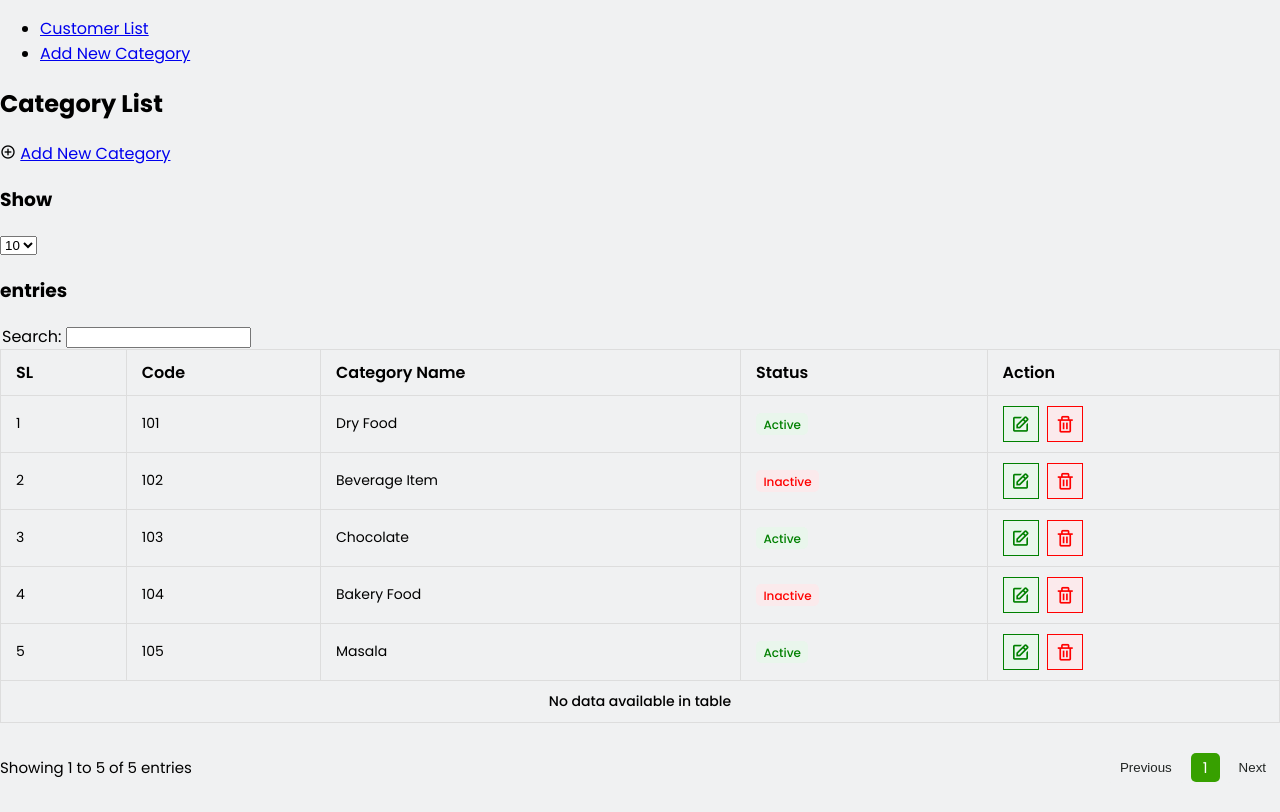
Repository: codebyaddro/customer-page
Page: customer.html
These files come from the project's save history. The page is drawn as it stood at one moment and after the next save; the edit follows.
The browser window is 1280 px wide. The pictures show the whole page.

Above is the page before, as saved 2025-02-20 13:49:50.

### customer.html
<!DOCTYPE html>
<html lang="en">
<head>
    <meta charset="UTF-8">
    <meta name="viewport" content="width=device-width, initial-scale=1.0">
    <!-- CSS -->
    <link rel="stylesheet" href="css/customer.css">
    <!-- Icons -->
    <link href='https://unpkg.com/boxicons@2.1.4/css/boxicons.min.css' rel='stylesheet'>
    <title>Customer - Page</title>
</head>
<body>
    <div class="cba-customer-container">
        <div class="cba-cusc-top-menus">
            <ul>
                <li><a href="/index.html" class="-cba-cusc-active-menu">Customer List</a></li>
                <li><a href="/inner-pages/html/anc.html" class="cba-cusc-light-up">Add New Category</a></li>
            </ul>
        </div>
        <div class="cba-cusc-list-container">
            <div class="cba-cusc-heading-add-new-btn">
                <div class="cba-cusc-heading">
                    <h2>Category List</h2>
                </div>
                <div class="cba-cusc-add-new-btn">
                    <i class='cba-cusc-add-icon bx bx-plus-circle'></i>
                    <a href="/inner-pages/html/anc.html">Add New Category</a>
                </div>
            </div>
            <div class="cba-cusc-list-short-dpdwn-search-box">
                <div class="cba-cusc-list-short-dpdwn">
                    <h3>Show</h3>
                    <select name="10" id="">
                        <option value="">10</option>
                        <option value="">20</option>
                        <option value="">30</option>
                        <option value="">All</option>
                    </select>
                    <h3>entries</h3>
                </div>
                <div class="cba-cusc-search-box">
                    <legend>Search: <input type="text"></legend>
                </div>
            </div>
            <div class="cba-cusc-table-list">
                <table>
                    <thead>
                        <tr>
                            <th title="SL">SL</th>
                            <th title="Code">Code</th>
                            <th title="Category Name">Category Name</th>
                            <th title="Status">Status</th>
                            <th title="Action">Action</th>
                        </tr>
                    </thead>
                    <tbody>
                        <tr>
                            <td>1</td>
                            <td>101</td>
                            <td>Dry Food</td>
                            <td><span class="active">Active</span></td>
                            <td>
                                <a title="Edit" href="#"><i class='edit-icon bx bx-edit'></i></a>
                                <a title="Delete" href="#"><i class='delete-icon bx bx-trash'></i></a>
                            </td>
                        </tr>
                        <tr>
                            <td>2</td>
                            <td>102</td>
                            <td>Beverage Item</td>
                            <td><span class="inactive">Inactive</span></td>
                            <td>
                                <a title="Edit" href="#"><i class='edit-icon bx bx-edit'></i></a>
                                <a title="Delete" href="#"><i class='delete-icon bx bx-trash'></i></a>
                            </td>
                        </tr>
                        <tr>
                            <td>3</td>
                            <td>103</td>
                            <td>Chocolate</td>
                            <td><span class="active">Active</span></td>
                            <td>
                                <a title="Edit" href="#"><i class='edit-icon bx bx-edit'></i></a>
                                <a title="Delete" href="#"><i class='delete-icon bx bx-trash'></i></a>
                            </td>
                        </tr>
                        <tr>
                            <td>4</td>
                            <td>104</td>
                            <td>Bakery Food</td>
                            <td><span class="inactive">Inactive</span></td>
                            <td>
                                <a title="Edit" href="#"><i class='edit-icon bx bx-edit'></i></a>
                                <a title="Delete" href="#"><i class='delete-icon bx bx-trash'></i></a>
                            </td>
                        </tr>
                        <tr>
                            <td>5</td>
                            <td>105</td>
                            <td>Masala</td>
                            <td><span class="active">Active</span></td>
                            <td>
                                <a title="Edit" href="#"><i class='edit-icon bx bx-edit'></i></a>
                                <a title="Delete" href="#"><i class='delete-icon bx bx-trash'></i></a>
                            </td>
                        </tr>
                        <tr class="no-data-available">
                            <th colspan="5">No data available in table</th>
                        </tr>
                    </tbody>
                </table>
            </div>
            <div class="entries-details-list-page-btn">
                <div class="entries-details">
                    Showing <span>1</span> to <span>5</span> of <span>5</span> entries
                </div>
                <div class="list-page-btn">
                    <button>Previous</button>
                    <h4><span>1</span></h4>
                    <button>Next</button>
                </div>
            </div>
        </div>
    </div>
</body>
</html>

### css/customer.css
/* -- fonts -- */
@import url('https://fonts.googleapis.com/css2?family=Poppins:ital,wght@0,100;0,200;0,300;0,400;0,500;0,600;0,700;0,800;0,900;1,100;1,200;1,300;1,400;1,500;1,600;1,700;1,800;1,900&family=Raleway:ital,wght@0,100..900;1,100..900&family=Roboto:ital,wght@0,100;0,300;0,400;0,500;0,700;0,900;1,100;1,300;1,400;1,500;1,700;1,900&family=VT323&display=swap');

/* -- root -- */

:root {
    --gray-white: #F0F1F2; /* For body*/
    --white: #FFFFFF;
    --black: #000000;
    --gray-black: #DDDDDD;
    --light-black: #212523;
    --light-black-op: #21252350;
    --main-green: #157343;
    --main-light: #37A000;
    --light-orange: #FD7E14;
    --green: #008000;
    --light-green: #e9f6ec;
    --red: #FF0000;
    --light-red: #fbeaec;
}

/* ---------- */

* {
    box-sizing: border-box;
}

body {
    margin: 0;
    padding: 0;
    font-family: "Poppins", serif;
    background-color: var(--gray-white);
}

::selection {
    color: var(--white);
    background-color: var(--main-light);
}

/* -- category container style -- */

.category-container {
    width: 100%;
    margin-top: 25px;
}

/* -- top menus style--  */

.top-menus {
    background-color: var(--white);
    display: flex;
    justify-content: left;
    align-items: center;
    height: 60px;
    margin-bottom: 15px;
}

.top-menus ul {
    list-style-type: none;
    display: flex;
    gap: 30px;
    margin-left: -20px;
}

.top-menus ul li a {
    text-decoration: none;
    color: var(--black);
    font-size: 15px;
    font-weight: 500;
}

/* -- active menu style -- */

.active-menu {
    color: var(--white)!important;
    background-color: var(--main-green);
    padding: 8px 12px;
    border-radius: 5px;
}

/* -- menu hover style -- */

.light-up:hover {
    color: var(--light-orange);
}

/* -- list container style -- */

.list-container {
    background-color: var(--white);
    padding: 0px 20px;
}

/* -- heading-add-new-btn style -- */

.heading-add-new-btn {
    display: flex;
    justify-content: space-between;
    align-items: center;
    border-bottom: 1px solid var(--gray-black) ;
}

.heading h2 {
    color: var(--light-black);
    font-size: 25px;
    font-weight: 500;
}

/* -- add-new-btn style -- */

.add-new-btn {
    display: flex;
    gap: 5px;
    justify-content: baseline;
    align-items: center;
}

.add-new-btn {
    background-color: var(--main-green);
    padding: 5px 10px;
    border-radius: 5px;
}

.add-new-btn a {
    color: var(--white);
    text-decoration: none;
}

.add-icon {
    color: var(--white);
    font-size: 20px;
}

/* -- list-short-dpdwn-search-box style -- */

.list-short-dpdwn-search-box {
    display: flex;
    justify-content: space-between;
    align-items: center;
    padding: 10px 0px;
}

/* -- list-short-dpdwn style -- */

.list-short-dpdwn {
    display: flex;
    gap: 7.5px;
    align-items: center;
}

.list-short-dpdwn h3 {
    color: var(--light-black);
    font-size: 15px;
    font-weight: 500;
}

.list-short-dpdwn select {
    color: var(--light-black);
    appearance: none;
    height: 25px;
    width: 30px;
    padding-left: 6px;
    outline: none;
    border-radius: 2.5px;
}

/* -- search-box style -- */

.search-box {
    display: flex;
    align-items: center;
}

.search-box legend {
    color: var(--light-black);
}

.search-box input {
    outline: none;
    height: 25px;
    width: 193px;
    border: 1px solid var(--gray-black);
}

/* -- table-list style --*/

table {
    border-collapse: collapse;
    width: 100%;
}

@media (max-width: 768px) {
    table {
        width: 100%;
        padding: 0rem;
        display: block;
        overflow-x: scroll;
        overflow-y: hidden;
        scrollbar-width: thin;
        scrollbar-color: var(--black);
    }
}

/* -- thead style -- */

thead {
    cursor: pointer;
}

th, td {
    border: 1px solid var(--gray-black);
    padding: 10px 15px;
}

thead tr th {
    font-size: 1rem;
    font-weight: 600;
    text-align: left;
}

tbody tr td {
    font-size: 0.875rem;
}

tbody tr:hover {
    background-color: var(--gray-white);
}

/* -- tbody style -- */

/* status style */

.active {
    color: var(--green);
    background-color: var(--light-green);
    font-size: 12px;
    font-weight: 500;
    padding: 2.5px 7.5px;
    border-radius: 5px;
}

.inactive {
    color: var(--red);
    background-color: var(--light-red);
    font-size: 12px;
    font-weight: 500;
    padding: 2.5px 7.5px;
    border-radius: 5px;
}

/* -- action style -- */

.edit-icon {
    color: var(--green);
    background-color: var(--light-green);
    padding: 7px 7px;
    margin-right: 2.5px;
    border: 1px solid var(--green);
    font-size: 20px;
}

.edit-icon:hover {
    background-color: var(--light-black-op);
}

.delete-icon {
    color: var(--red);
    background-color: var(--light-red);
    padding: 7px 7px;
    margin-left: 2.5px;
    border: 1px solid var(--red);
    font-size: 20px;
}

.delete-icon:hover {
    background-color: var(--light-black-op);
}

/* -- no data style */

.no-data-available th {
    font-size: 14px;
    font-weight:500;
    color: var(--black);
    background-color: var(--gray-white);
}

/* -- entries-details-list-page-btn style -- */

.entries-details-list-page-btn {
    display: flex;
    justify-content: space-between;
    align-items: center;
    padding: 10px 0px;
}

.entries-details {
    color: var(--black);
    font-size: 15px;
}

.list-page-btn {
    display: flex;
    gap: 5px;
    align-items: center;
}

.list-page-btn button {
    color: var(--light-black);
    background-color: var(--gray-white);
    padding: 8px 14px;
    border: none;
    border-radius: 5px;
    cursor: pointer;
}

.list-page-btn h4 {
    color: var(--white);
    background-color: var(--main-light);
    font-size: 15px;
    font-weight: 400;
    padding: 3px 12px;
    border-radius: 5px;
}

After the next save:
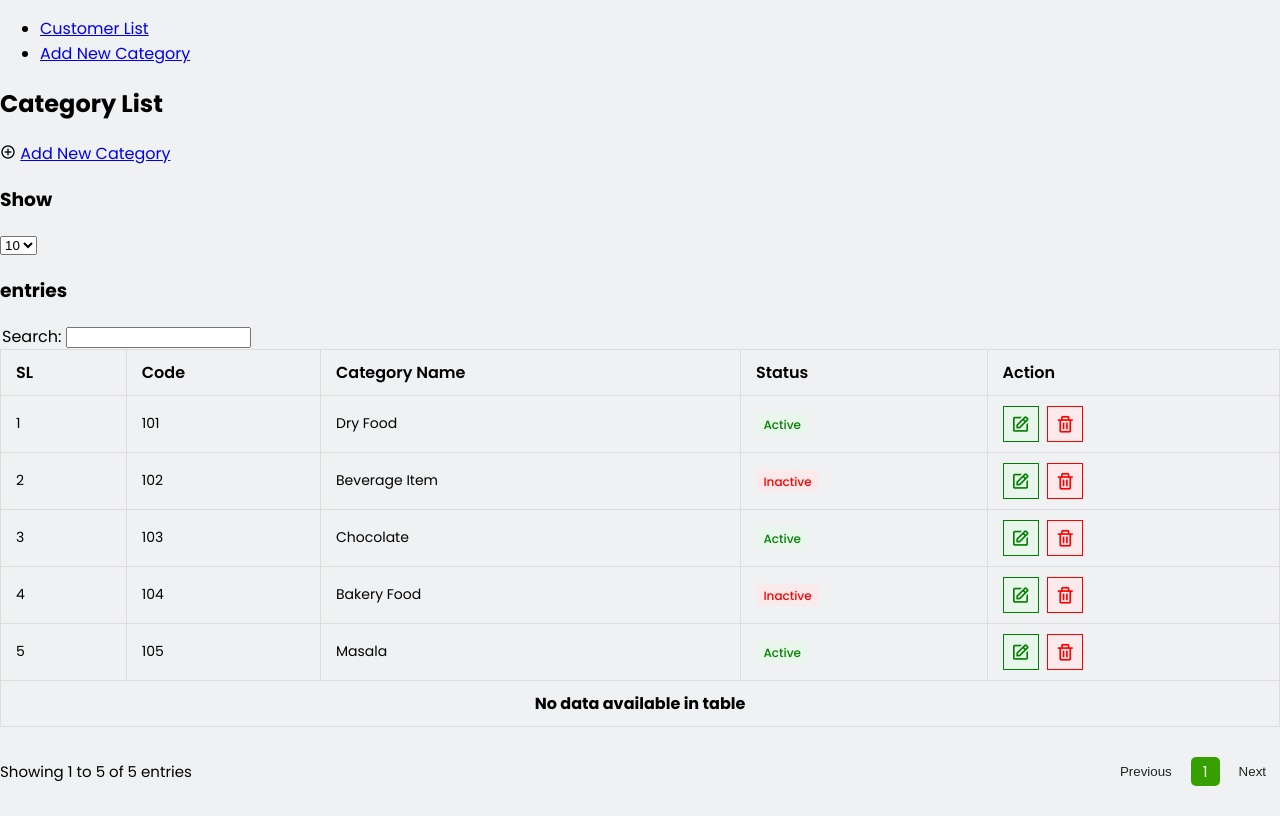
Saved 11 s later.
--- a/customer.html
+++ b/customer.html
@@ -104,7 +104,7 @@
                                 <a title="Delete" href="#"><i class='delete-icon bx bx-trash'></i></a>
                             </td>
                         </tr>
-                        <tr class="no-data-available">
+                        <tr class="cba-cusc-no-data-available">
                             <th colspan="5">No data available in table</th>
                         </tr>
                     </tbody>
